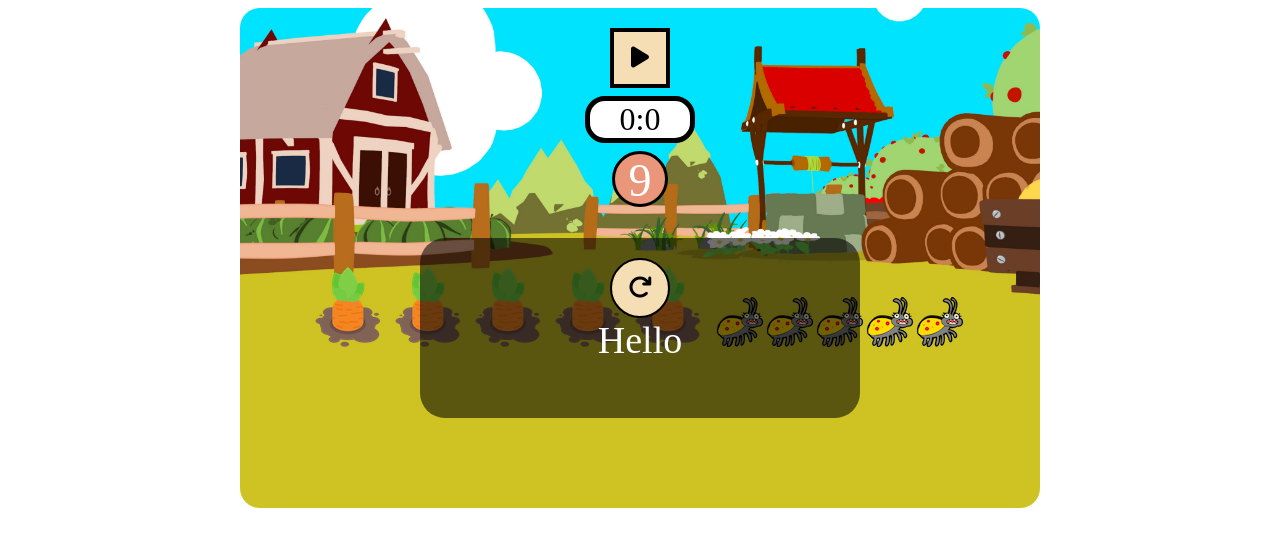
Repository: rumor1993/DreamCoding-Browser101
Page: Chapter07/ellie/index.html
These files come from the project's save history. The page is drawn as it stood at one moment and after the next save; the edit follows.
The browser window is 1280 px wide. The pictures show the whole page.
Some web libraries are served in a nearby version.

Above is the page before, as saved 2021-01-03 21:42:16.

After the next save:
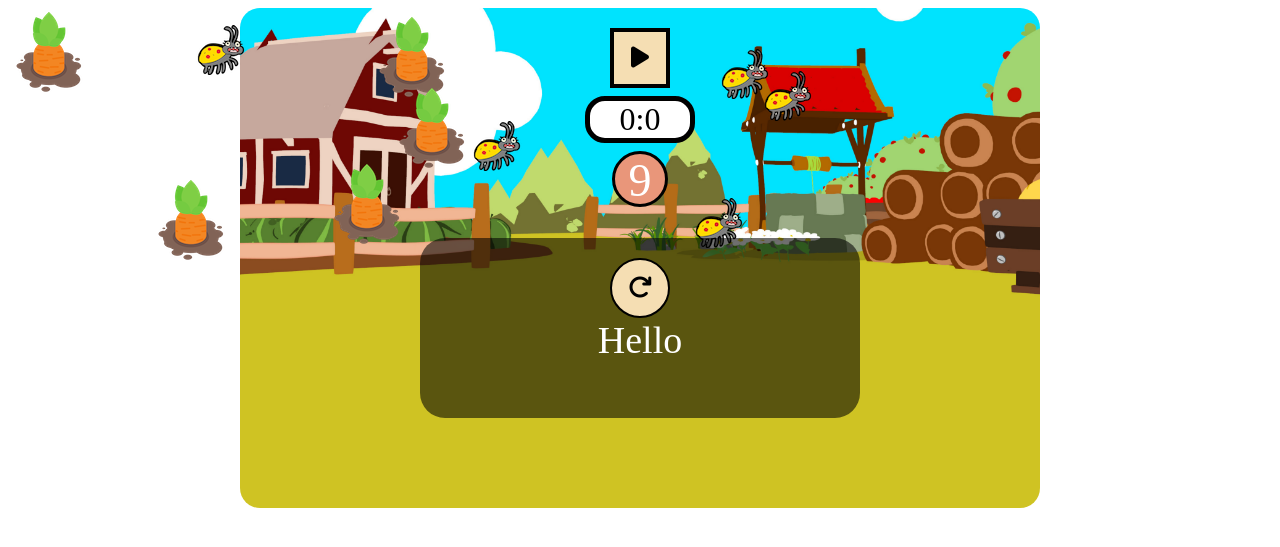
Saved 42 s later.
--- a/Chapter07/ellie/index.js
+++ b/Chapter07/ellie/index.js
@@ -21,7 +21,7 @@ window.addEventListener("load", () => {
       const item = document.createElement("img");
       item.setAttribute("class", className);
       item.setAttribute("src", imagePath);
-      item.style.postion = "absolute";
+      item.style.position = "absolute";
       const x = randomNumber(x1, x2);
       const y = randomNumber(y1, y2);
       item.style.left = `${x}px`;
